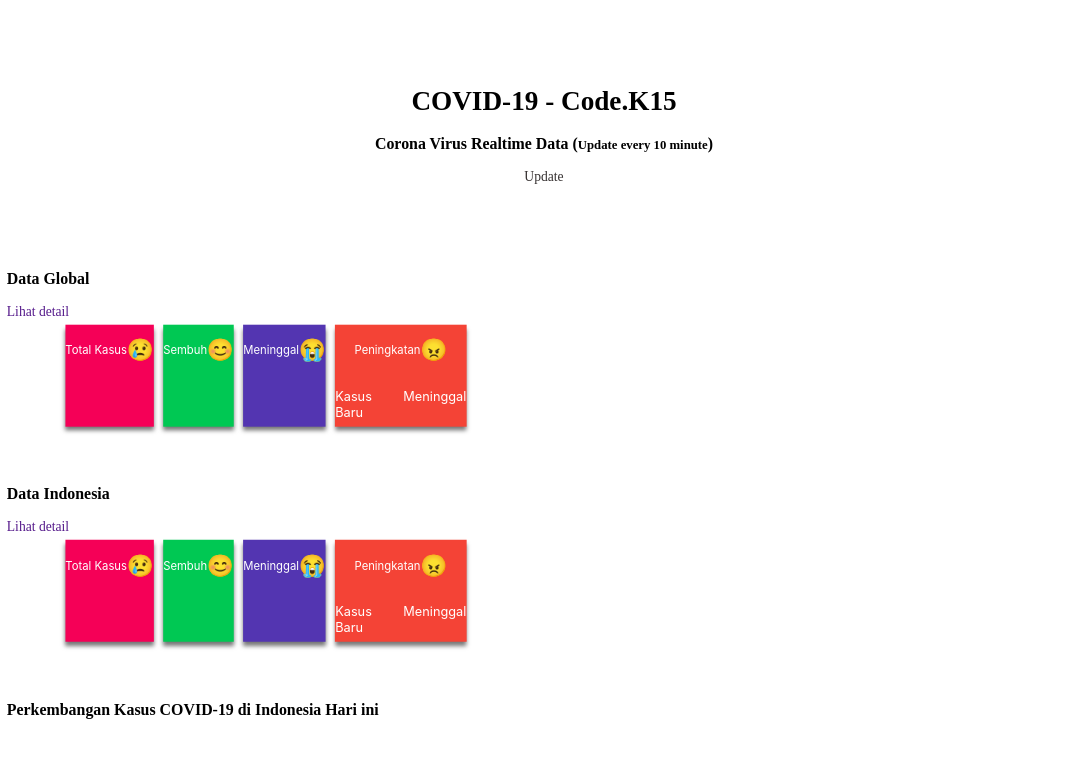
Repository: fathur15/covid19-monitoring
Page: http://localhost/covid19/apps/views/data/main/dashboard.php
An editor plug-in stored every save of this project. The page is shown before and after the next save, followed by the edit.
The browser window is 1280 px wide. The pictures show the whole page, at 85% of full size.
The page is run by PHP 8.4 with error messages shown; the project is at /var/www/html/.

Above is the page before, as saved 2020-04-14 13:41:53.

### apps/views/data/main/dashboard.php

<style>

    #resumeGlobal p, h5{
        color: white;
        font-weight: 400;
        font-family: -apple-system, BlinkMacSystemFont, 'Segoe UI', Roboto, Oxygen, Ubuntu, Cantarell, 'Open Sans', 'Helvetica Neue', sans-serif
    }
    #resumeIndonesia p, h5{
        color: white;
        font-weight: 400;
        font-family: -apple-system, BlinkMacSystemFont, 'Segoe UI', Roboto, Oxygen, Ubuntu, Cantarell, 'Open Sans', 'Helvetica Neue', sans-serif
    }
    .shadow-box{
        -webkit-box-shadow: 0 15px 10px #777;
        -moz-box-shadow: 0 15px 10px #777;
        box-shadow: 0 5px 5px #777;

    }
    .content-main-wrapper{
        margin: 5% 0;
    }
    /* .shadow-box:after{
        -webkit-transform: rotate(3deg);
        -moz-transform: rotate(3deg);
        -o-transform: rotate(3deg);
        -ms-transform: rotate(3deg);
        transform: rotate(3deg);
        right: 10px;
        left: auto;
    } */

</style>
<div class="content">
    <div class="heading" style="margin: 100px 30%; text-align: center">
        <h1>COVID-19 - Code.K15</h1>
        <h3>Corona Virus Realtime Data (<small style="font-size: 15px">Update every 10 minute</small>)</h3>
        <p id="date-update" style="color: #353030;">Update</p>
    </div>
    <div class="main">
        <div class="container">
            <div class="row content-main-wrapper">
                <div class="head-main-content">
                    <h3>Data Global</h3>
                    <a style="text-decoration: none" href="">Lihat detail  <i class="fas fa-long-arrow-alt-right" aria-hidden="true"></i></a>
                </div>
                <div  id="resumeGlobal" class="" style="width: 90%; display: flex; margin: 0 5%;" >
                    <div class="card col-sm-3 shadow-box" style="background: #f50057; margin: 0.5%; align-items: center; height: 120px ">
                        <div class="card-body">
                            <div style="flex-direction: row; display: flex; justify-content: center; align-items: center">
                                <h5 id="title-kasus-global" class="card-text">Total Kasus</h5>
                                <span style="color: black; font-size: 25px; text-shadow: 0 0 0 yellow">&#x1F622</span>
                            </div>
                            <p class="card-text" id="kasus-global"></p>
                        </div>
                    </div>
                    <div class="card col-sm-3 shadow-box" style="background: #00c853; margin: 0.5%; align-items: center; height: 120px ">
                        <div class="card-body">
                            <div style="flex-direction: row; display: flex; justify-content: center; align-items: center">
                                <h5 id="title-kasus-global" class="card-text">Sembuh</h5>
                                <span style="color: black; font-size: 25px; text-shadow: 0 0 0 yellow">&#x1F60A</span>
                            </div>
                            <p class="card-text" id="sembuh-global"></p>
                            <!-- <p style="">Orang</p> -->
                        </div>
                    </div>
                    <div class="card col-sm-3 shadow-box" style="margin: 0.5%; height: 120px;align-items: center;  background :#5335b1">
                        <div class="card-body">
                            <div style="flex-direction: row; display: flex; justify-content: center; align-items: center;">
                                <h5 id="title-kasus-global" class="card-text">Meninggal</h5>
                                <span style="color: black; font-size: 25px; text-shadow: 0 0 0 yellow">&#x1F62D</span>
                            </div>
                            <p class="card-text" id="meninggal-global"></p>
                            <!-- <p style="">Orang</p> -->
                        </div>
                    </div>
                    <div class="card col-sm-3 shadow-box" style="margin: 0.5%; height: 120px; background: #f44336">
                        <div class="card-body">
                            <div style="flex-direction: row; display: flex; justify-content: center; align-items: center;">
                                <h5 id="title-kasus-global" class="card-text">Peningkatan</h5>
                                <span style="color: black; font-size: 25px; text-shadow: 0 0 0 yellow">&#x1F620</span>
                            </div>
                            <div style="flex-direction: row; display: flex;">
                                <p style="font-size: 15px">Kasus Baru</p>
                                <p style="margin-left: 10%; font-size: 15px">Meninggal </p>
                            </div>
                            <div style="display: flex; margin-top: -9%">
                                <p style="font-size: 15px" class="card-text" id="kasus-baru-global"></p>
                                <p style="margin-left: 10%; font-size: 15px" class="card-text" id="meninggal-baru-global"></p>
                            </div>
                        </div>
                    </div>
                </div>
            </div>
            <div class="row content-main-wrapper" >
                <div class="head-main-content">
                    <h3>Data Indonesia</h3>
                    <a style="text-decoration: none" href="">Lihat detail  <i class="fas fa-long-arrow-alt-right" aria-hidden="true"></i></a>
                </div>
                <div  id="resumeIndonesia" class="" style="width: 90%; display: flex; margin: 0 5%;" >
                    <div class="card col-sm-3 shadow-box" style="background: #f50057; margin: 0.5%; align-items: center; height: 120px ">
                        <div class="card-body">
                            <div style="flex-direction: row; display: flex; justify-content: center; align-items: center">
                                <h5 id="title-kasus-indonesia" class="card-text">Total Kasus</h5>
                                <span style="color: black; font-size: 25px; text-shadow: 0 0 0 yellow">&#x1F622</span>
                            </div>
                            <p style="font-size: 14px" class="card-text" id="kasus-indonesia"></p>
                        </div>
                    </div>
                    <div class="card col-sm-3 shadow-box" style="background: #00c853; margin: 0.5%; align-items: center; height: 120px ">
                        <div class="card-body">
                            <div style="flex-direction: row; display: flex; justify-content: center; align-items: center">
                                <h5 id="title-kasus-indonesia" class="card-text">Sembuh</h5>
                                <span style="color: black; font-size: 25px; text-shadow: 0 0 0 yellow">&#x1F60A</span>
                            </div>
                            <p class="card-text" id="sembuh-indonesia"></p>
                        </div>
                    </div>
                    <div class="card col-sm-3 shadow-box" style="margin: 0.5%; height: 120px;align-items: center;  background :#5335b1">
                        <div class="card-body">
                            <div style="flex-direction: row; display: flex; justify-content: center; align-items: center;">
                                <h5 id="title-kasus-indonesia" class="card-text">Meninggal</h5>
                                <span style="color: black; font-size: 25px; text-shadow: 0 0 0 yellow">&#x1F62D</span>
                            </div>
                            <p class="card-text" id="meninggal-indonesia"></p>
                        </div>
                    </div>
                    <div class="card col-sm-3 shadow-box" style="margin: 0.5%; height: 120px; background: #f44336">
                        <div class="card-body">
                            <div style="flex-direction: row; display: flex; justify-content: center; align-items: center;">
                                <h5 id="title-kasus-indonesia" class="card-text">Peningkatan</h5>
                                <span style="color: black; font-size: 25px; text-shadow: 0 0 0 yellow">&#x1F620</span>
                            </div>
                            <div style="flex-direction: row; display: flex;">
                                <p style="font-size: 15px">Kasus Baru</p>
                                <p style="margin-left: 10%; font-size: 15px">Meninggal </p>
                            </div>
                            <div style="display: flex; margin-top: -9%">
                                <p style="font-size: 15px" class="card-text" id="kasus-baru-indonesia"></p>
                                <p style="margin-left: 10%; font-size: 15px" class="card-text" id="meninggal-baru-indonesia"></p>
                            </div>
                        </div>
                    </div>
                </div>
            </div>
            <div class="row content-main-wrapper" >
                 <div class="head-main-content">
                    <h3>Perkembangan Kasus COVID-19 di Indonesia Hari ini</h3>
                </div>
            </div>
        </div>
    </div>
</div>

After the next save:
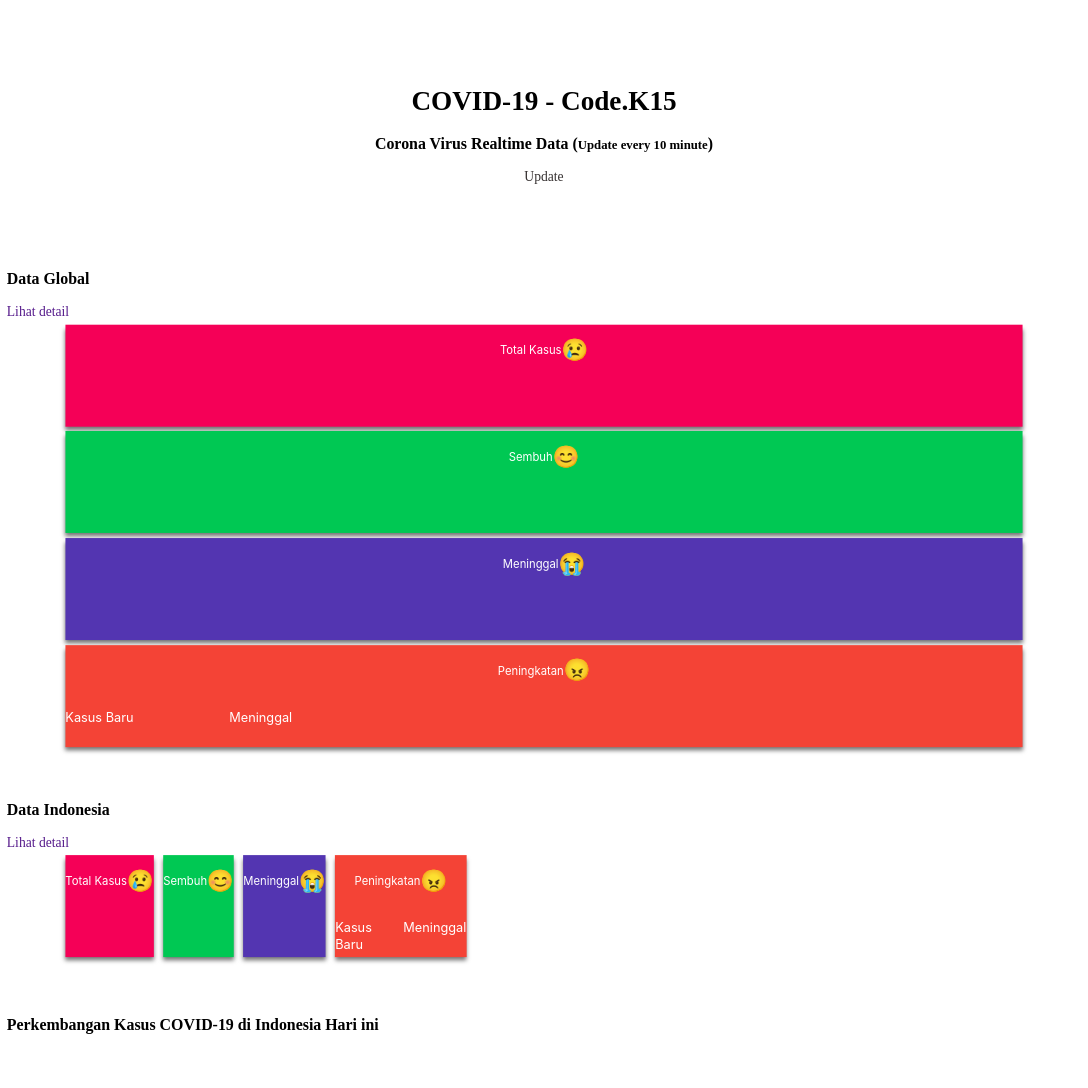
Saved 2 min 59 s later.
--- a/apps/views/data/main/dashboard.php
+++ b/apps/views/data/main/dashboard.php
@@ -44,7 +44,7 @@
                     <h3>Data Global</h3>
                     <a style="text-decoration: none" href="">Lihat detail  <i class="fas fa-long-arrow-alt-right" aria-hidden="true"></i></a>
                 </div>
-                <div  id="resumeGlobal" class="" style="width: 90%; display: flex; margin: 0 5%;" >
+                <div  id="resumeGlobal" class="" style="width: 90%; margin: 0 5%;" >
                     <div class="card col-sm-3 shadow-box" style="background: #f50057; margin: 0.5%; align-items: center; height: 120px ">
                         <div class="card-body">
                             <div style="flex-direction: row; display: flex; justify-content: center; align-items: center">
